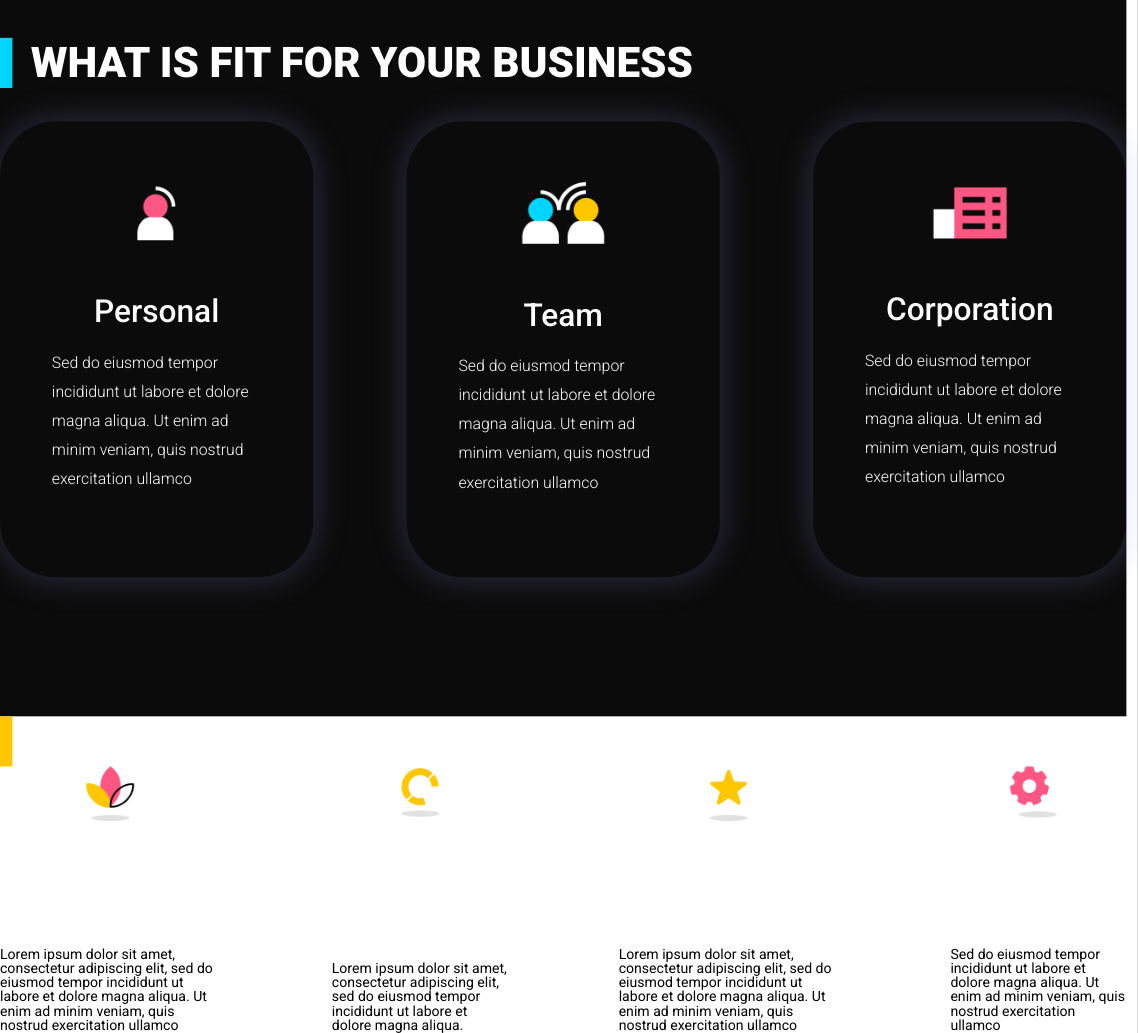
Repository: VetaWhale/team-site-test
Page: index.html
An editor plug-in stored every save of this project. The page is shown before and after the next save, followed by the edit.
The browser window is 1280 px wide. The page is 1293 px wide, then 1280 px, so the pictures cover 1293 px, including what lies to the right of the window. The pictures show the whole page, at 88% of full size.
Some web fonts or font styles are not loaded; a fallback is used.

Above is the page before, as saved 2023-04-24 14:30:43.

### index.html
<!DOCTYPE html>
<html lang="en">

<head>
    <meta charset="UTF-8" />
    <link rel="stylesheet" href="./css/reset.css" />
    <link rel="preconnect" href="https://fonts.googleapis.com" />
    <link rel="preconnect" href="https://fonts.gstatic.com" crossorigin />
    <link href="https://fonts.googleapis.com/css2?family=Nunito:wght@400;800&family=Oranienbaum&family=Prata&family=Rammetto+One&family=Roboto:wght@300;400;500;700;900&display=swap" rel="stylesheet" />
    <link rel="stylesheet" href="./css/index.css" />
    <title>Our test site</title>
</head>

<body>
    <header></header>
    <main>
        <section class="business">
            <div class="business__title">
                <img class="business__icon" src="./resources/business_icon.png" alt="">
                <h2 class="business__text">
                    WHAT IS FIT FOR YOUR BUSINESS
                </h2>
            </div>
            <div class="business__container">
                <div class="business__item">
                    <img src="./resources/people__icon.png" alt="" />
                    <h2 class="business__title-text">Personal</h2>
                    <p class="business__description">
                        Sed do eiusmod tempor incididunt ut labore et dolore magna aliqua. Ut enim ad minim veniam, quis nostrud exercitation ullamco
                    </p>
                </div>

                <div class="business__item">
                    <img src="./resources/two_people__icon.png" alt="" />
                    <h2 class="business__title-text">Team</h2>
                    <p class="business__description">
                        Sed do eiusmod tempor incididunt ut labore et dolore magna aliqua. Ut enim ad minim veniam, quis nostrud exercitation ullamco
                    </p>
                </div>
                <div class="business__item">
                    <img src="./resources/home__icon.png" alt="" />
                    <h2 class="business__title-text">Corporation</h2>
                    <p class="business__description">
                        Sed do eiusmod tempor incididunt ut labore et dolore magna aliqua. Ut enim ad minim veniam, quis nostrud exercitation ullamco
                    </p>
                </div>
            </div>
        </section>
        <section class="product__section">
            <h2 class="product__title">
                <img src="./resources/product_icon.png" alt=""> PRODUCT ADVANTAGES
            </h2>
            <div class="product__container">
                <div class="product__item">
                    <img src="./resources/product_icon-flower.png" alt="">
                    <h2 class="product__title-text">
                        We care about your business
                    </h2>
                    <p class="product__description">
                        Lorem ipsum dolor sit amet, consectetur adipiscing elit, sed do eiusmod tempor incididunt ut labore et dolore magna aliqua. Ut enim ad minim veniam, quis nostrud exercitation ullamco
                    </p>
                </div>
                <div class="product__item">
                    <img src="./resources/product_icon-ellipse.png" alt="">
                    <h2 class="product__title-text">
                        No hidden costs
                    </h2>
                    <p class="product__description">
                        Lorem ipsum dolor sit amet, consectetur adipiscing elit, sed do eiusmod tempor incididunt ut labore et dolore magna aliqua.
                    </p>
                </div>
                <div class="product__item">
                    <img src="./resources/product_icon-star.png" alt="">
                    <h2 class="product__title-text">
                        Quality and socially standart
                    </h2>
                    <p class="product__description">
                        Lorem ipsum dolor sit amet, consectetur adipiscing elit, sed do eiusmod tempor incididunt ut labore et dolore magna aliqua. Ut enim ad minim veniam, quis nostrud exercitation ullamco
                    </p>
                </div>
                <div class="product__item">
                    <img src="./resources/ICON 04.png" alt="">
                    <h2 class="product__title-text">
                        Account Management
                    </h2>
                    <p class="product__description">
                        Sed do eiusmod tempor incididunt ut labore et dolore magna aliqua. Ut enim ad minim veniam, quis nostrud exercitation ullamco
                    </p>
                </div>
            </div>
        </section>
    </main>
    <footer></footer>
</body>

</html>

### css/index.css
/* Шрифты для нашего сайта */


/*
font-family: 'Nunito', sans-serif;
font-family: 'Oranienbaum', serif;
font-family: 'Prata', serif;
font-family: 'Rammetto One', cursive;
font-family: 'Roboto', sans-serif;
*/

@import'../css/business.css';
@import'../css/product.css';
body {
    font-family: 'Roboto', sans-serif;
}

### css/business.css
.business {
    width: 100%;
    background-color: #0C0B0B;
    padding-top: 43px;
    margin: 0 auto;
}

.business__container {
    max-width: 1440px;
    margin: 0 auto;
    display: flex;
    flex-direction: row;
    gap: 94px;
    padding-top: 38px;
    padding-bottom: 158px;
    justify-content: space-between;
}

.business__title {
    max-width: 1440px;
    margin: 0 auto;
    display: flex;
    gap: 20px;
}

.business__text {
    font-weight: 900;
    font-size: 48px;
    line-height: 56px;
    color: #FFFFFF;
}

.business__title-text {
    font-weight: 500;
    font-size: 36px;
    line-height: 42px;
    color: #FFFFFF;
    padding-top: 40px;
}

.business__item {
    display: flex;
    justify-content: center;
    align-items: center;
    flex-direction: column;
    width: 356px;
    height: 518px;
    box-shadow: 0px 0px 40px rgba(146, 163, 255, 0.25);
    border-radius: 63px;
    gap: 20px;
}

.business__description {
    font-weight: 300;
    font-size: 18px;
    line-height: 33px;
    color: #FFFFFF;
    width: 238.17px;
    height: 188px
}

### css/product.css
.product__section {
    width: 1140px background-color: #0C0B0B;
    margin: 0 auto;
}

.product__title {
    width: 600px;
    margin-left: 0;
    display: flex;
    font-weight: 900;
    font-size: 48px;
    line-height: 56px;
    color: #FFFFFF;
    gap: 20px;
}

.product__container {
    display: flex;
    margin: 0 auto;
    width: 100%;
    max-width: 1440px;
    flex-direction: row;
    gap: 126px;
}

.product__item {
    display: flex;
    flex-direction: column;
    align-items: center;
    justify-content: space-between;
    gap: 20px;
}

.product__title-text {
    font-weight: 500;
    font-size: 36px;
    line-height: 42px;
    width: 200px;
    height: 104px;
    color: #FFFFFF;
    text-align: center;
}

Loaded but not shown: css/reset.css (common file)

After the next save:
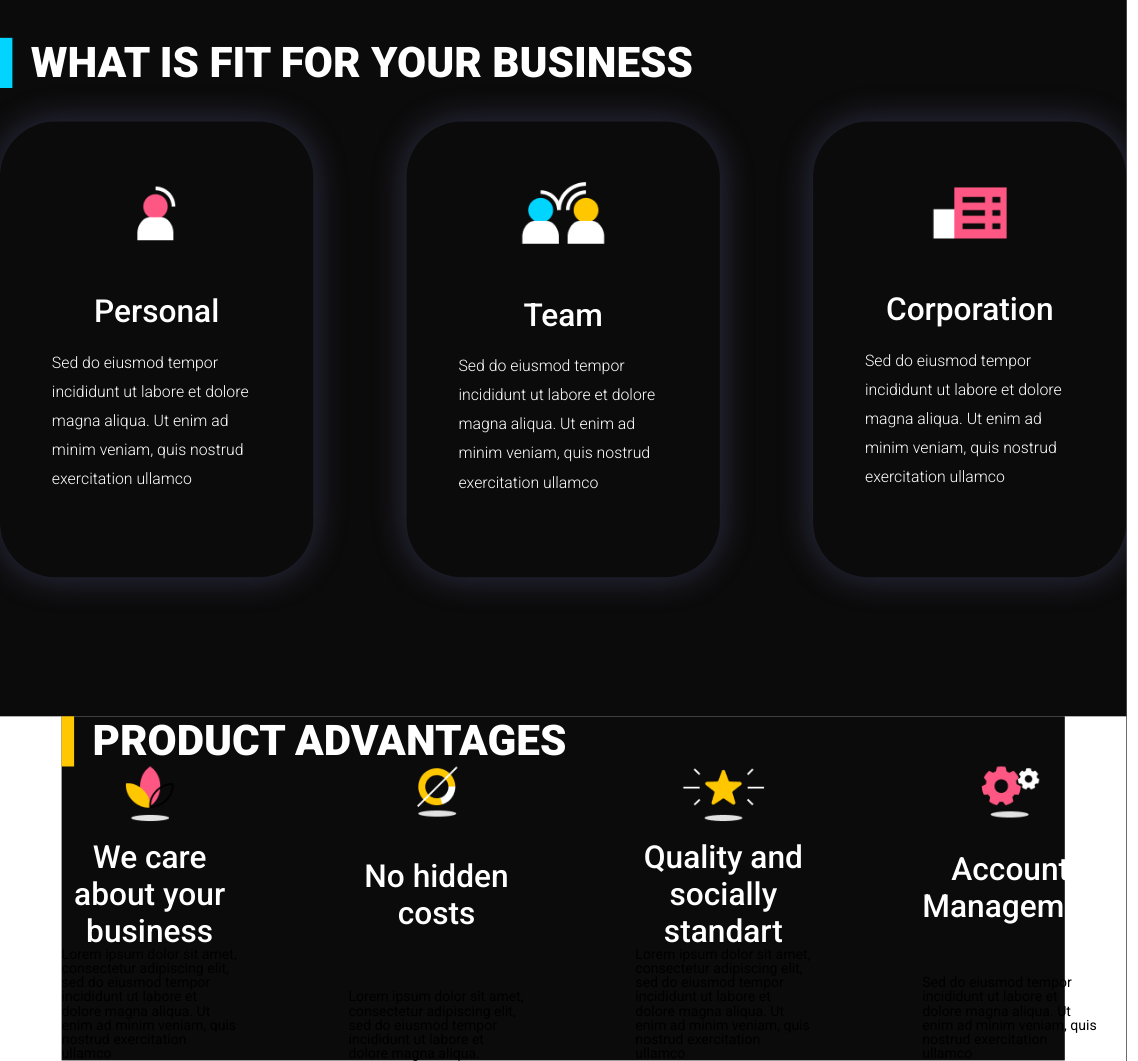
Saved 5 s later.
--- a/css/product.css
+++ b/css/product.css
@@ -1,5 +1,6 @@
 .product__section {
-    width: 1140px background-color: #0C0B0B;
+    width: 1140px;
+    background-color: #0C0B0B;
     margin: 0 auto;
 }
 
